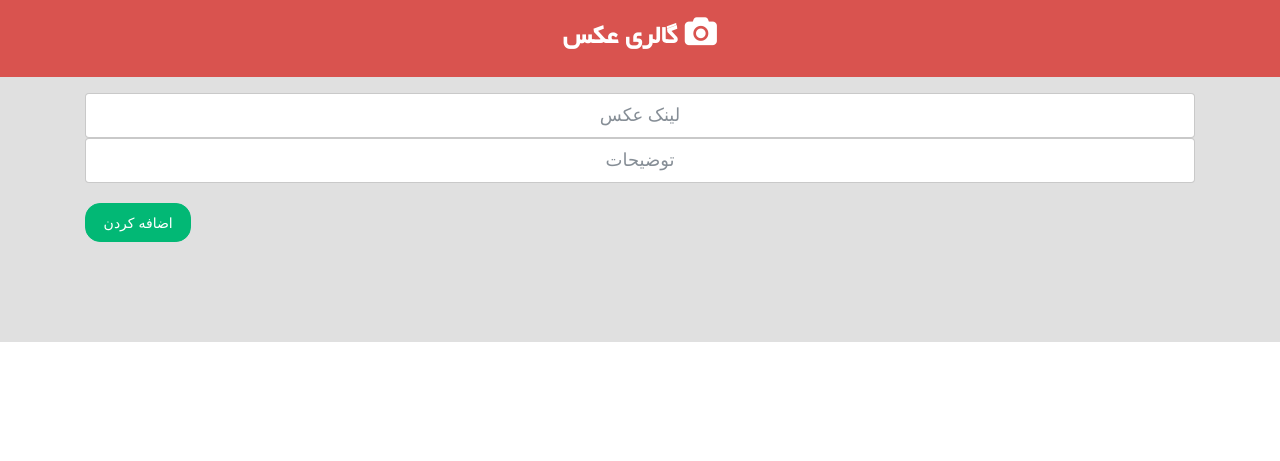
Repository: sadegh1379/PhotoWall-app
Page: /addphoto
The author's editor kept a copy of each file at every save. The page is drawn from the files as they stood at one save, then again after a run of saves.
The browser window is 1280 px wide. The pictures show the whole page.
The project was rebuilt for these pictures with package versions that can differ from the ones it lists, and the page was loaded fresh each time. Also part of the build but not shown: src/Component/Photo.js, src/Component/PhotoWall.js.

Above is the page before, as saved 2020-02-22 13:22:06.

After the next 3 saves:
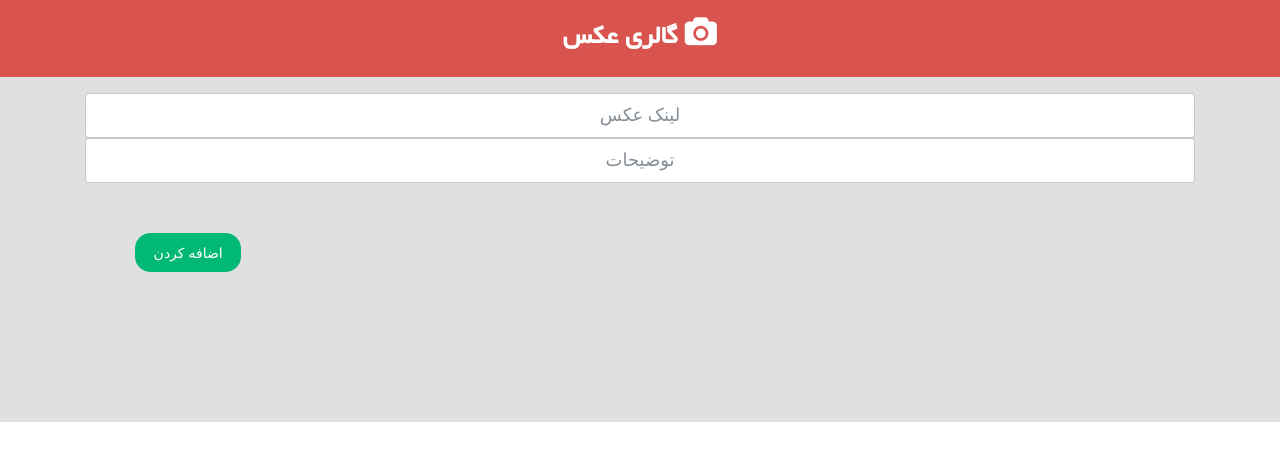
The 3 saves are shown as one change because they came seconds apart.
The last was saved 13 s later.
--- a/src/App.css
+++ b/src/App.css
@@ -46,7 +46,6 @@
 }
 
 .add-form button{
-    margin-top: 20px;
-    margin-left: auto;
+    margin: 50px ;
 
 }
